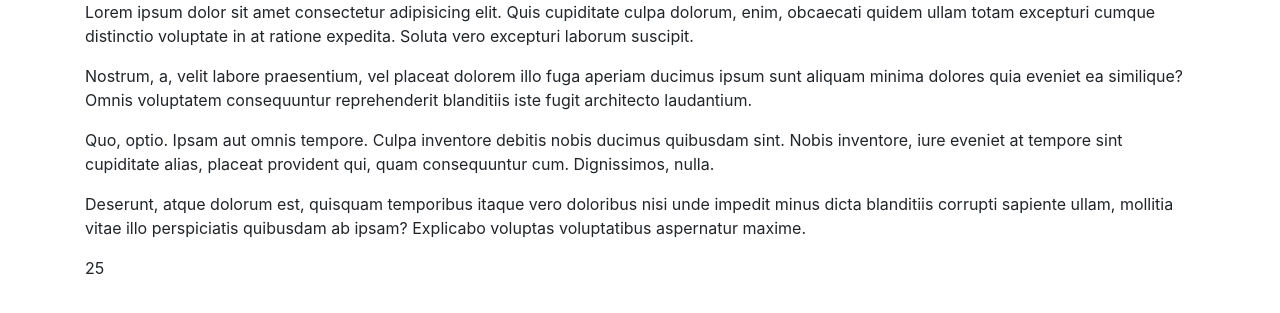
Repository: anhtu2110/front_end
Page: lesson/bootstrap/text-images/3.2-text-align.html
An editor plug-in stored every save of this project. The page is shown before and after the next save, followed by the edit.
The browser window is 1280 px wide. The pictures show the whole page.

Above is the page before, as saved 2022-12-01 23:09:38.

### lesson/bootstrap/text-images/3.2-text-align.html
<!DOCTYPE html>
<html lang="en">
  <head>
    <meta charset="UTF-8" />
    <meta http-equiv="X-UA-Compatible" content="IE=edge" />
    <meta name="viewport" content="width=device-width, initial-scale=1.0" />
    <link rel="stylesheet" href="./bootstrap/css/bootstrap.min.css" />
    <title>Text aling trong bootstrapt</title>
  </head>
  <body>
    <div class="container">
      <div class="row">
        <div class="col-md-12">
          <p>
            Lorem ipsum dolor sit amet consectetur adipisicing elit. Quis
            cupiditate culpa dolorum, enim, obcaecati quidem ullam totam
            excepturi cumque distinctio voluptate in at ratione expedita. Soluta
            vero excepturi laborum suscipit.
          </p>
          <p>
            Nostrum, a, velit labore praesentium, vel placeat dolorem illo fuga
            aperiam ducimus ipsum sunt aliquam minima dolores quia eveniet ea
            similique? Omnis voluptatem consequuntur reprehenderit blanditiis
            iste fugit architecto laudantium.
          </p>
          <p>
            Quo, optio. Ipsam aut omnis tempore. Culpa inventore debitis nobis
            ducimus quibusdam sint. Nobis inventore, iure eveniet at tempore
            sint cupiditate alias, placeat provident qui, quam consequuntur cum.
            Dignissimos, nulla.
          </p>
          <p>
            Deserunt, atque dolorum est, quisquam temporibus itaque vero
            doloribus nisi unde impedit minus dicta blanditiis corrupti sapiente
            ullam, mollitia vitae illo perspiciatis quibusdam ab ipsam?
            Explicabo voluptas voluptatibus aspernatur maxime.
          </p>
          25
        </div>
      </div>
    </div>
    <script src="js/jquery-3.6.1.min.js"></script>
    <script src="js/popper.min.js"></script>
    <script src="./bootstrap/js/bootstrap.min.js"></script>
  </body>
</html>

Loaded but not shown: lesson/bootstrap/text-images/bootstrap/css/bootstrap.min.css (library); lesson/bootstrap/text-images/js/jquery-3.6.1.min.js (library); lesson/bootstrap/text-images/js/popper.min.js (library); lesson/bootstrap/text-images/bootstrap/js/bootstrap.min.js (library)

After the next save:
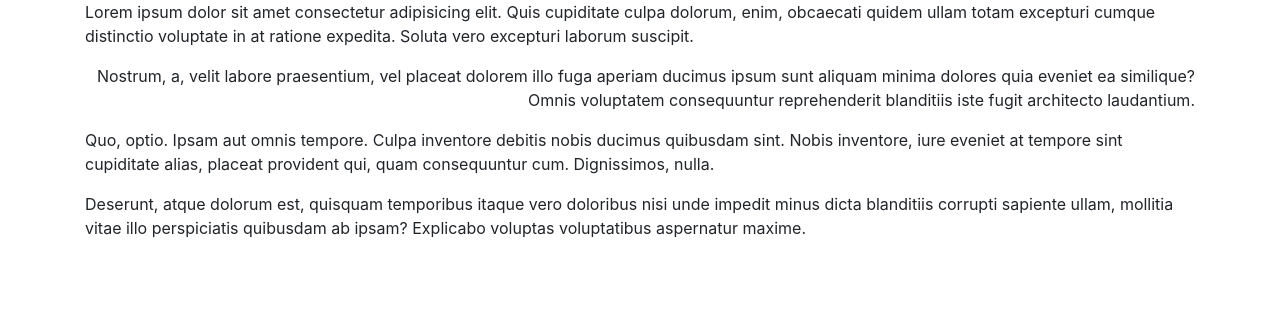
Saved 84 s later.
--- a/lesson/bootstrap/text-images/3.2-text-align.html
+++ b/lesson/bootstrap/text-images/3.2-text-align.html
@@ -11,13 +11,13 @@
     <div class="container">
       <div class="row">
         <div class="col-md-12">
-          <p>
+          <p class="text-left">
             Lorem ipsum dolor sit amet consectetur adipisicing elit. Quis
             cupiditate culpa dolorum, enim, obcaecati quidem ullam totam
             excepturi cumque distinctio voluptate in at ratione expedita. Soluta
             vero excepturi laborum suscipit.
           </p>
-          <p>
+          <p class="text-right">
             Nostrum, a, velit labore praesentium, vel placeat dolorem illo fuga
             aperiam ducimus ipsum sunt aliquam minima dolores quia eveniet ea
             similique? Omnis voluptatem consequuntur reprehenderit blanditiis
@@ -35,7 +35,6 @@
             ullam, mollitia vitae illo perspiciatis quibusdam ab ipsam?
             Explicabo voluptas voluptatibus aspernatur maxime.
           </p>
-          25
         </div>
       </div>
     </div>

After the save that followed:
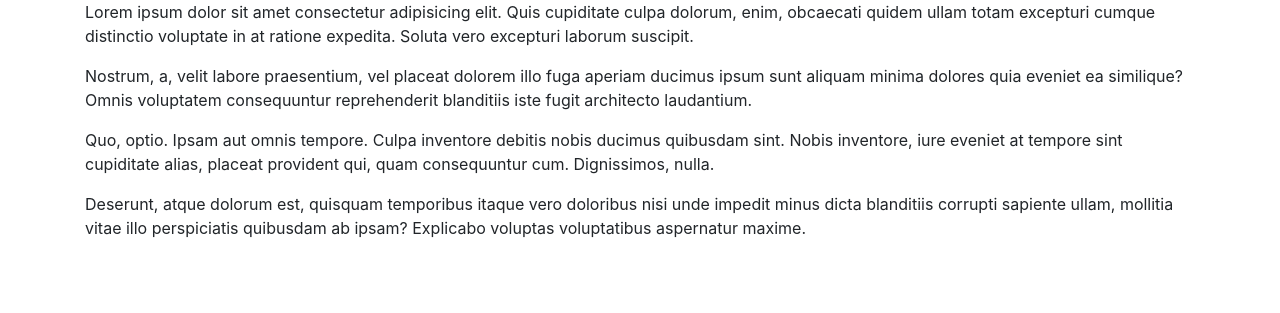
Saved 17 s later.
--- a/lesson/bootstrap/text-images/3.2-text-align.html
+++ b/lesson/bootstrap/text-images/3.2-text-align.html
@@ -17,7 +17,7 @@
             excepturi cumque distinctio voluptate in at ratione expedita. Soluta
             vero excepturi laborum suscipit.
           </p>
-          <p class="text-right">
+          <p class="text-right text-md-left">
             Nostrum, a, velit labore praesentium, vel placeat dolorem illo fuga
             aperiam ducimus ipsum sunt aliquam minima dolores quia eveniet ea
             similique? Omnis voluptatem consequuntur reprehenderit blanditiis
